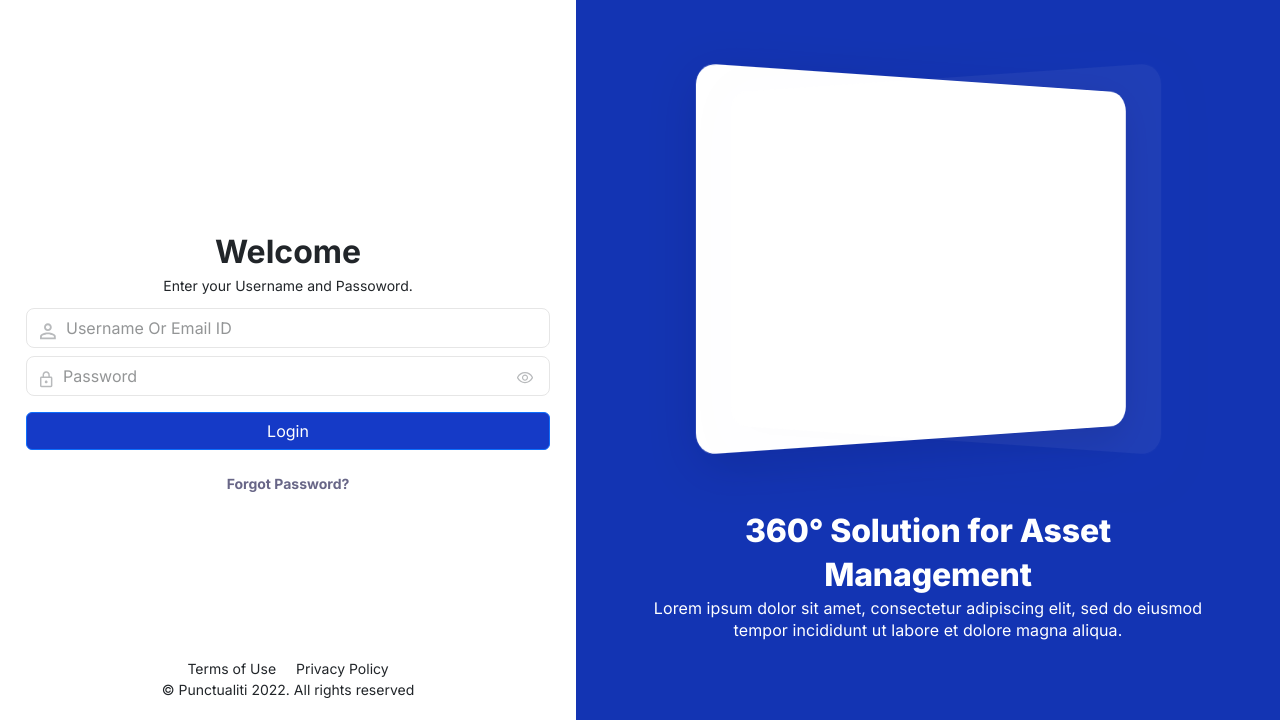
Repository: TauqeerHusain/Vouch-digital
Page: /
The author's editor kept a copy of each file at every save. The page is drawn from the files as they stood at one save, then again after the next save.
The browser window is 1280 px wide. The pictures show the whole page.
The project was rebuilt for these pictures with package versions that can differ from the ones it lists, and the page was loaded fresh each time. Also part of the build but not shown: src/styles/Dashboard.css, src/Components/Dashboard/Aside.js, src/Components/Dashboard/Board.js, src/Components/Dashboard/index.js, src/styles/AddClintNav.css, src/Components/AddClint/AddClintNav.js, src/Components/CreateProfile/CrContent.js, src/Components/CreateProfile/index.js and 14 more.

Above is the page before, as saved 2023-03-15 15:23:14.

### public/index.html
<!DOCTYPE html>
<html lang="en">
  <head>
    <meta charset="utf-8" />
    <link rel="icon" href="%PUBLIC_URL%/favicon.ico" />
    <meta name="viewport" content="width=device-width, initial-scale=1" />
    <meta name="theme-color" content="#000000" />
    <meta
      name="description"
      content="Web site created using create-react-app"
    />
    <link rel="apple-touch-icon" href="%PUBLIC_URL%/logo192.png" />
    <!--
      manifest.json provides metadata used when your web app is installed on a
      user's mobile device or desktop. See https://developers.google.com/web/fundamentals/web-app-manifest/
    -->
    <link rel="manifest" href="%PUBLIC_URL%/manifest.json" />
    <link rel="preconnect" href="https://fonts.googleapis.com" />
    <link rel="preconnect" href="https://fonts.gstatic.com" crossorigin />
    <link
      href="https://fonts.googleapis.com/css2?family=Inter:wght@100;200;300;400;500;600;700;800;900&display=swap"
      rel="stylesheet"
    />
    <!--
      Notice the use of %PUBLIC_URL% in the tags above.
      It will be replaced with the URL of the `public` folder during the build.
      Only files inside the `public` folder can be referenced from the HTML.

      Unlike "/favicon.ico" or "favicon.ico", "%PUBLIC_URL%/favicon.ico" will
      work correctly both with client-side routing and a non-root public URL.
      Learn how to configure a non-root public URL by running `npm run build`.
    -->
    <title>React App</title>
  </head>
  <body>
    <noscript>You need to enable JavaScript to run this app.</noscript>
    <div id="root"></div>
    <!--
      This HTML file is a template.
      If you open it directly in the browser, you will see an empty page.

      You can add webfonts, meta tags, or analytics to this file.
      The build step will place the bundled scripts into the <body> tag.

      To begin the development, run `npm start` or `yarn start`.
      To create a production bundle, use `npm run build` or `yarn build`.
    -->
  </body>
</html>

### src/styles/LoginAct.css
.LoginAct {
    min-width: 100%;
    min-height: 100vh;
    display: flex;
    background: #fff;
    flex-wrap: wrap;
}

.LoginAct-form {
    width: 45%;
    background: #fff;
    display: grid;
    place-items: center;
    position: relative;
}

.condi {
    position: absolute;
    bottom: 0px;
    margin-bottom: 20px;
}

.term {
    display: flex;
    justify-content: center;
}

.span {
    font-size: 14px;
    cursor: pointer;
}

.span:nth-child(2) {
    margin-left: 20px;
}

.copy {
    font-size: 14px;
    cursor: pointer;
}

.form-act {
    text-align: center;
}

.form-top {
    width: 100%;
}

.form-head {
    font-weight: bold;
    font-size: 32px;
    font-family: 'Inter';
}

.form-cap {
    font-weight: 400;
    font-size: 14px;
    line-height: 20px;
    margin-bottom: 12px;
}

.input-fild {
    width: 100%;
    height: 40px;
    margin-top: 8px;
    background: #FFFFFF;
    border: 1px solid #E6E6E6;
    border-radius: 8px;
    display: flex;
    align-items: center;
    padding: 0px 13px;
}

.input-icon {
    padding-top: 5px;
}

.input-control {
    width: 480px;
    position: relative;
}

.show-pwd {
    position: absolute;
    right: 0px;
    top: 0px;
    background: #fff;
    cursor: pointer;
}

.data-input {
    width: 100%;
    height: 100%;
    padding-left: 10px;
    border: none;
    outline: none;
    font-size: 16px;
    color: #848687;
}

.data-input::placeholder {
    color: #939596;
}

.loginBtn {
    width: 100%;
    height: 100%;
    color: #fff;
    background: #1334B3;
    font-size: 16px;
    height: 40px;
    margin-top: 14px;
    line-height: 22px;
    border-radius: 8px;
    cursor: pointer;
}

.forget-pwd-link {
    text-align: center;
    margin-top: 24px;
    font-family: 'Nunito Sans';
    font-style: normal;
    font-weight: 700;
    font-size: 14px;
    line-height: 19px;
    cursor: pointer;
    color: #686687;
}


/* slider  */
.from_info {
    width: 55%;
    background: #1334B3;
    display: flex;
    align-items: center;
    justify-content: center;
    flex-direction: column;
}

.slid-show {
    width: 100%;
    position: relative;
    height: 50%;
    width: 70%;
}

.slid-show-one,
.slid-show-two {
    width: 100%;
    height: 100%;
    position: absolute;
    box-shadow: 0px 12px 48px rgba(3, 0, 55, 0.15);
    border-radius: 20px;
    background: #fff;
}

.slid-show-one {
    transform: perspective(1500px) rotateY(30deg);
}

.slid-show-two {
    transform: perspective(1500px) rotateY(-30deg);
    /* background: red; */
    opacity: 0.05;
}

.slid-text {
    width: 80%;
    padding-top: 70px;
}

.from-slide-header {
    font-weight: 800;
    font-size: 32px;
    line-height: 44px;
    letter-spacing: -0.005em;
    color: #fff;
    text-align: center;
}

.from-slide-about {
    font-weight: 400;
    font-size: 16px;
    line-height: 22px;
    text-align: center;
    letter-spacing: 0.005em;
    color: #fff;
    text-align: center;
}

/* Modal */
.Modal {
    width: 100%;
    height: 100vh;
    background: rgba(3, 0, 55, 0.15);
    position: fixed;
    top: 0px;
    left: 0px;
    display: flex;
    justify-content: center;
    align-items: flex-start;
}

.massege-box {
    width: 450px;
    /* height: 200px; */
    border-radius: 10px;
    background: #f6f3f3;
    box-shadow: 0px 12px 48px rgba(3, 0, 55, 0.15);
    transition: all 0.3s linear;
    margin-top: 30px;
    position: relative;
    z-index: 2;
}

.success-mgs {
    height: 40px;
    text-align: center;
    margin-top: 20px;
    color: #1334B3;
    font-size: 20px;
}

.token-mgs {
    height: 40px;
    text-align: center;
    color: #686687;
}

.token-mgs span {
    color: #1334B3;
}

.token-btn {
    padding: 8px 30px;
    background: #0d6efd;
    color: #fff;
    display: block;
    margin: 10px auto;
    border-radius: 5px;
    cursor: pointer;
}

.token-btn:active {
    outline: #9ac2fe 4px solid;
}

.ok-btn {
    color: #fff;
    text-decoration: none;
    display: inline-block;
    margin: 10px auto;
}

.log_button {
    display: flex;
    justify-content: center;
}

.ok-btn button {
    padding: 8px 40px;
}

@media (max-width:1024px) {
    .slid-show {
        width: 80%;
        height: 40%;
    }

    .from-slide-header {
        font-size: 30px;
        line-height: 1;
        margin-bottom: 10px;
    }

    .from-slide-about {
        font-size: 15px;
    }
}

@media (max-width:926px) {

    .from_info {
        display: none;
    }

    .LoginAct-form {
        width: 100%;
        height: 100vh;
    }
}

@media (max-width:425px) {

    .from_info {
        display: none;
    }

    .LoginAct-form {
        width: 100%;
        height: 100vh;
    }

    .input-control {
        width: 300px;
    }
}

### src/styles/ViewClient.css
.contect-view {
    width: 100%;
    padding: 0px 24px;
    padding-bottom: 60px;
}

.login_btn {
    background: #153AC7 !important;
    width: 100%;
    margin-top: 16px;
}

.veiw-container {
    width: 100%;
    box-shadow: 0px 1px 5px rgba(3, 0, 55, 0.08);
    border-radius: 8px;
    background: #fff;
    overflow: hidden;
}

.Ds_container {
    width: 100%;
}

.view-header-flex {
    display: flex;
    align-items: center;
    justify-content: space-between;
}

.view-header {
    padding: 16px 24px;
    height: 72px;
    width: 100%;
    position: relative;
}

.view-header-search {
    height: 40px;
    width: 300px;
}

.mobile_search {
    width: 100%;
    height: 100%;
    background: #fff;
    position: absolute;
    left: 0px;
    top: 0px;
    display: flex;
    align-items: center;
    padding: 0px 20px;
}

.mobile_search_btn {
    width: 35px;
    height: 35px;
    display: flex;
    align-items: center;
    justify-content: center;
    border-radius: 50%;
    overflow: hidden;
    position: relative;
    display: none;
}

.btn_layer {
    position: absolute;
    width: 100%;
    height: 100%;
    /* background: red; */
    top: 0px;
    left: 0px;
}

.search_close {
    width: 35px;
    height: 35px;
    background: none;
    border-radius: 50%;
    margin-left: 10px;
    padding: 2px;
}

.mobile_search_btn button {
    width: 100%;
    height: 100%;
    background: none;
}

.search-feild {
    position: relative;
}

.view-btn {
    padding: 10px 16px;
    background: none;
    border-radius: 8px;
    font-size: 14px;
    line-height: 20px;
    border: 1px solid #E6E6E6;
}

.colBtn {
    color: #939596;
    background: #FFFFFF;
    font-weight: 400;
    letter-spacing: 0.0025em;
    margin-right: 12px;
}

.EpBtn {
    color: #153AC7;
    background: #E8EBF9;
    font-weight: 700;
    letter-spacing: 0.01em;
}

.colBtn .icon {
    margin-left: 16px;
}

.EpBtn .icon {
    padding-right: 12.5px;
}

/* table  */
.table-box {
    width: 100%;
}

.table_view {
    min-width: 100%;
    border-collapse: none;
    border-spacing: 0px;
}

.table_view thead {
    height: 32px;
    border: 1px solid #E8EBF9;
    background: #F8F9FD;
}

.table_view thead tr td {
    border-top: 1px solid #E8EBF9;
    border-bottom: 1px solid #E8EBF9;
    font-weight: 400;
    font-size: 12px;
    line-height: 16px;
    letter-spacing: 0.01em;
    color: #030037;
    padding: 0px 24px;
    word-wrap: normal
}

.table_view thead tr td:last-child {
    text-align: center;
}

.table_view tbody {
    border-top: 1px solid #E8EBF9;
}

.table_view tbody tr {
    width: 100%;
    height: 56px;
    padding: 12px 0px;
}

.table_view tbody tr td {
    font-weight: 400;
    font-size: 14px;
    line-height: 20px;
    letter-spacing: 0.0025em;
    padding: 18px 24px;
    color: #030037;
}

.table_view tbody tr td:last-child {
    text-align: center;
}

.user-td {
    display: flex;
    align-items: center;
}

.user-td-img {
    margin-right: 10px;
}

.oparetion {
    position: relative;
}

.op-btn {
    width: 20px;
    background: none;
    height: 100%;
}

.btn-layer {
    position: absolute;
    top: 0px;
    left: 50%;
    transform: translateX(-50%);
    content: "";
    width: 20px;
    height: 100%;
    cursor: pointer;
    border-radius: 8px;
}

.op-modal {
    position: absolute;
    /* display: none; */
    right: 14px;
    top: 0px;
    width: 184px;
    background: #FFFFFF;
    box-shadow: 0px 4px 16px rgba(3, 0, 55, 0.08);
    border-radius: 8px;
    z-index: 1;
    padding: 8px;
    padding-bottom: 0px;
}

.op-btn:active .op-modal {
    display: block;
}

.op-modal.active {
    display: block;
}

/* tr modal  */
.tr-row {
    width: 100%;
    display: flex;
    height: 36px;
    align-items: center;
    cursor: pointer;
    margin-bottom: 8px;
}

.tr-row .icon {
    margin-left: 16px;
}

.tr-row .text {
    margin-left: 12px;
    font-weight: 400;
    font-size: 14px;
    line-height: 20px;
    display: flex;
    align-items: center;
    letter-spacing: 0.0025em;
    color: #030037;
}

/* table bottom butttom */
.tbl_bottom_btn {
    width: 100%;
    padding: 24px;
}

.tbl_btn_cont {
    height: 40px;
}

.table-box::-webkit-scrollbar {
    height: 18px;
}

::-webkit-scrollbar-thumb {
    border: 8px solid #fff;
    background: rgba(104, 95, 95, 0.841);
    border-radius: 18px;
}

@media (max-width:1920px) {
    .table_view {
        min-width: 1310px;
    }

    .table-box {
        overflow: auto;
    }
}

@media (max-width:768px) {
    .view-header-search {
        display: none;
    }

    .mobile_search_btn {
        display: flex;
    }
}

Loaded but not shown: src/index.js (common file); src/reportWebVitals.js (common file); src/Components/LoginAct/index.js (224 lines, source omitted); src/App.js (42 lines, source omitted); src/index.css (1165 lines, source omitted)

After the next save:
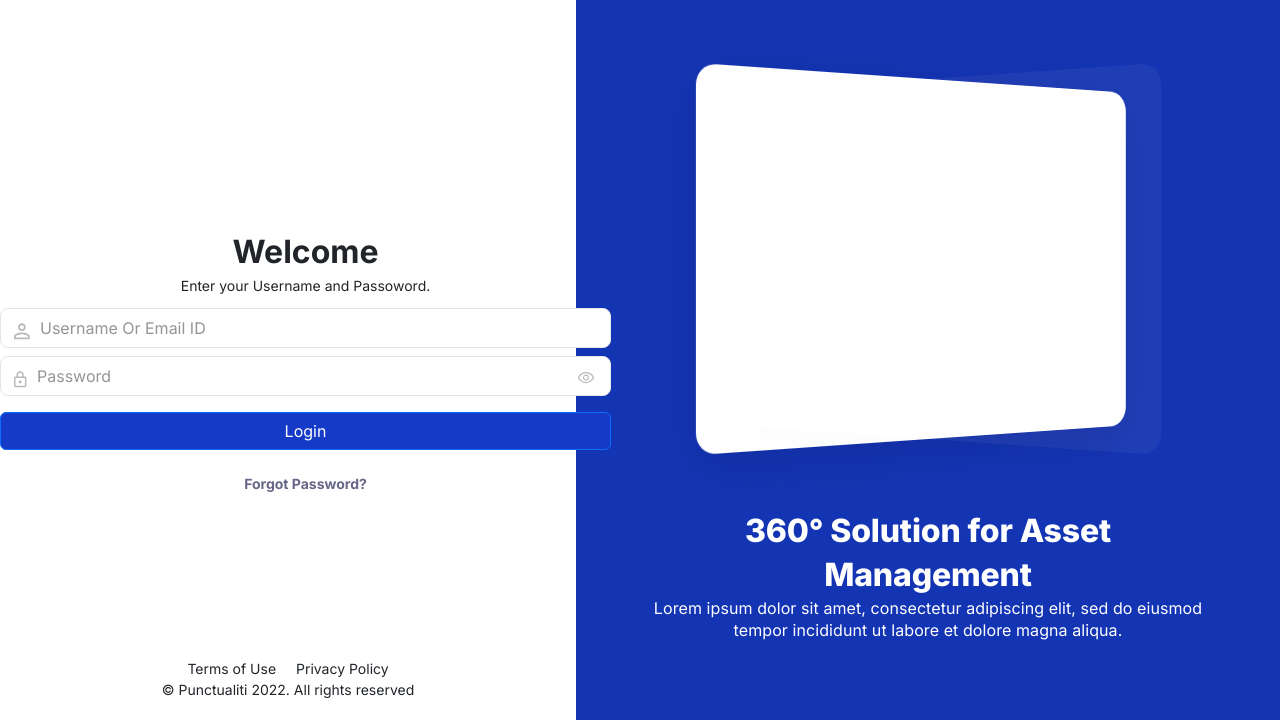
Saved 48 s later.
--- a/src/styles/LoginAct.css
+++ b/src/styles/LoginAct.css
@@ -77,7 +77,7 @@
 }
 
 .input-control {
-    width: 480px;
+    width: 567px;
     position: relative;
 }
 
